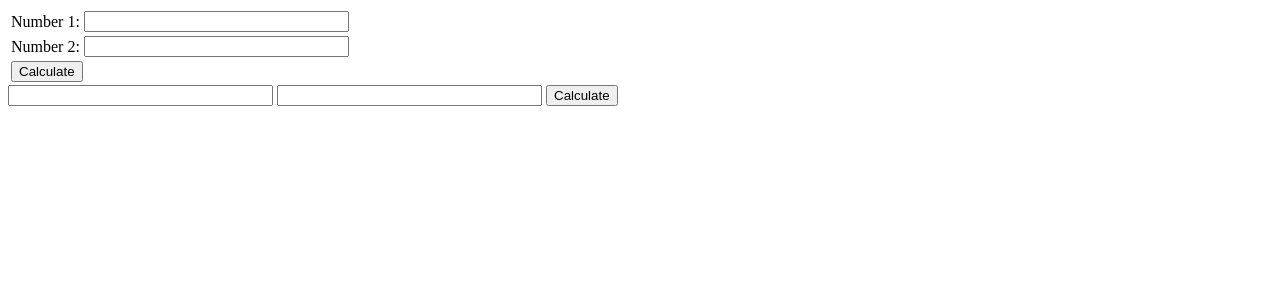
Repository: davidm15/FirstServlet
Page: http://localhost/Calculator/index.jsp
An editor plug-in stored every save of this project. The page is shown before and after the next save, followed by the edit.
The browser window is 1280 px wide. The pictures show the whole page.
The page is served by Tomcat 9.

Above is the page before, as saved 2017-03-17 12:31:04.

After the next save:
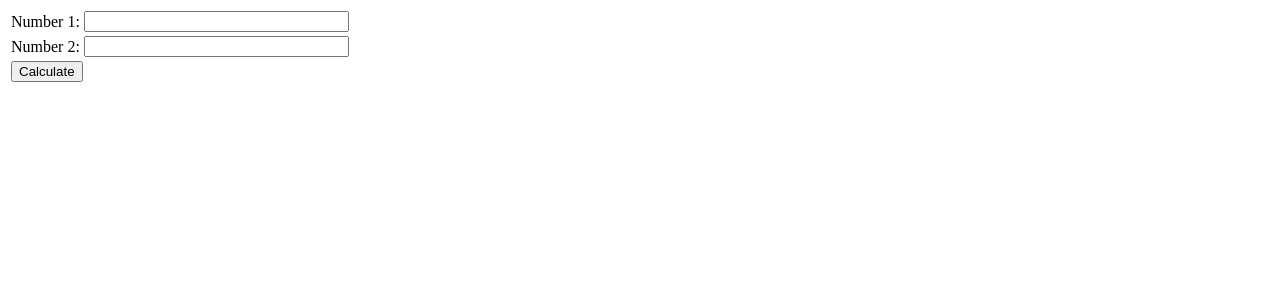
Saved 6 s later.
--- a/Calculator/WebContent/index.jsp
+++ b/Calculator/WebContent/index.jsp
@@ -27,12 +27,7 @@
 		<td colspan="2"><input type="submit" value="Calculate">
 		</td>
 	</tr>
-
 </table>
-<input type="text" name="number1" size="30">
-<input type="text" name="number2" size="30">
-<input type="submit" value="Calculate">
-
 </form>
 
 </body>
